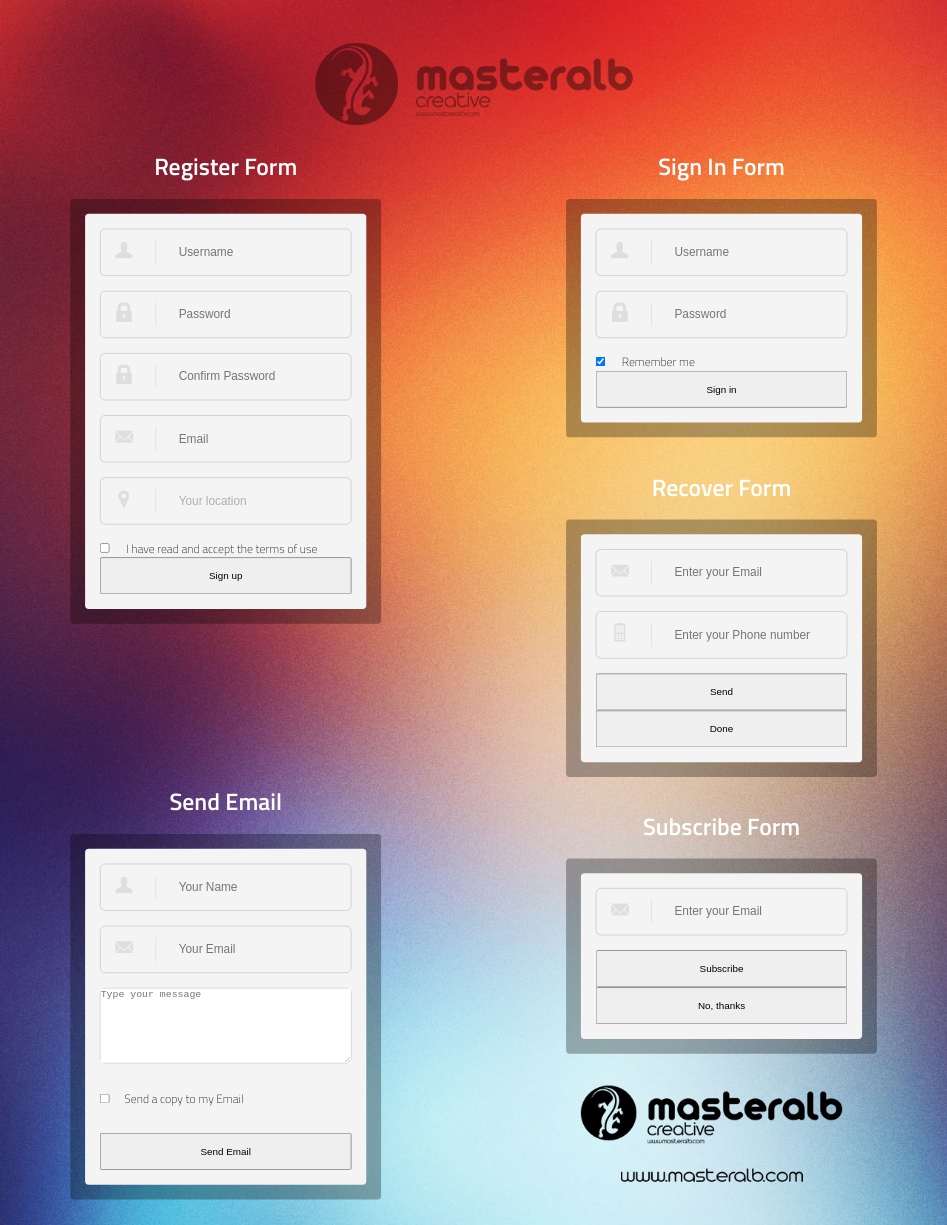
Repository: achwesiuk/PSD-Masteralb
Page: index.html
The author's editor kept a copy of each file at every save. The page is drawn from the files as they stood at one save, then again after the next save.
The browser window is 1280 px wide. The pictures show the whole page, at 74% of full size.
Backgrounds fixed to the window are drawn as part of the page. The style sheet was rebuilt from its Sass, Less or Tailwind sources for each picture, by a compiler version that may differ from the author's.

Above is the page before, as saved 2021-03-15 19:20:45.

After the next save:
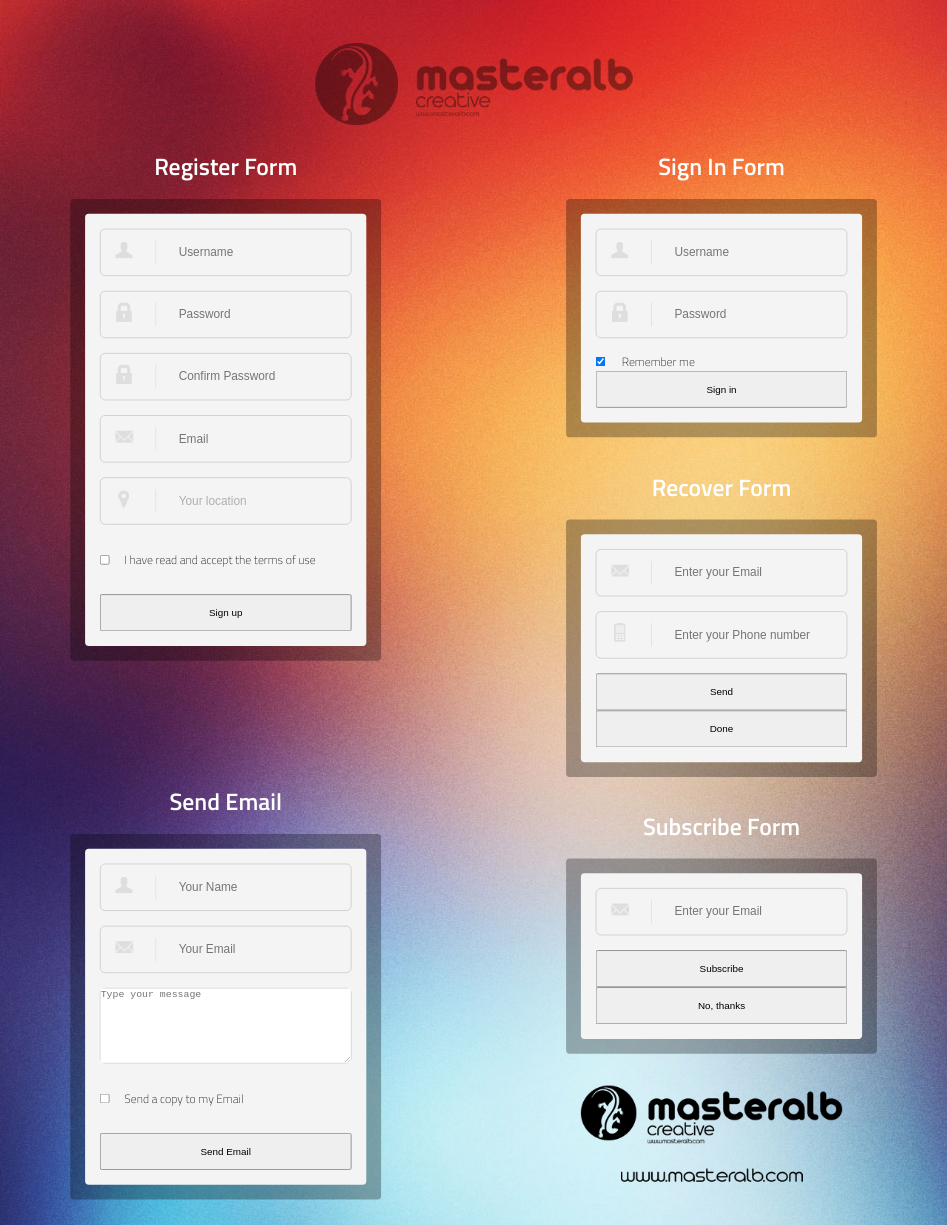
Saved 79 s later.
--- a/index.html
+++ b/index.html
@@ -63,8 +63,11 @@
                     </select>
                 </div>
 
-                <input type="checkbox" name="terms" class="form__tick">
-                <label class="form__desc">I have read and accept the terms of use</label>
+                <div class="form__box">
+                    <input type="checkbox" name="terms" class="form__tick">
+                    <span class="form__tick"></span>
+                    <label class="form__desc">I have read and accept the terms of use</label>
+                </div>
 
                 <input type="submit" value="Sign up" class="form__btn form__btn--big">
             </form>
